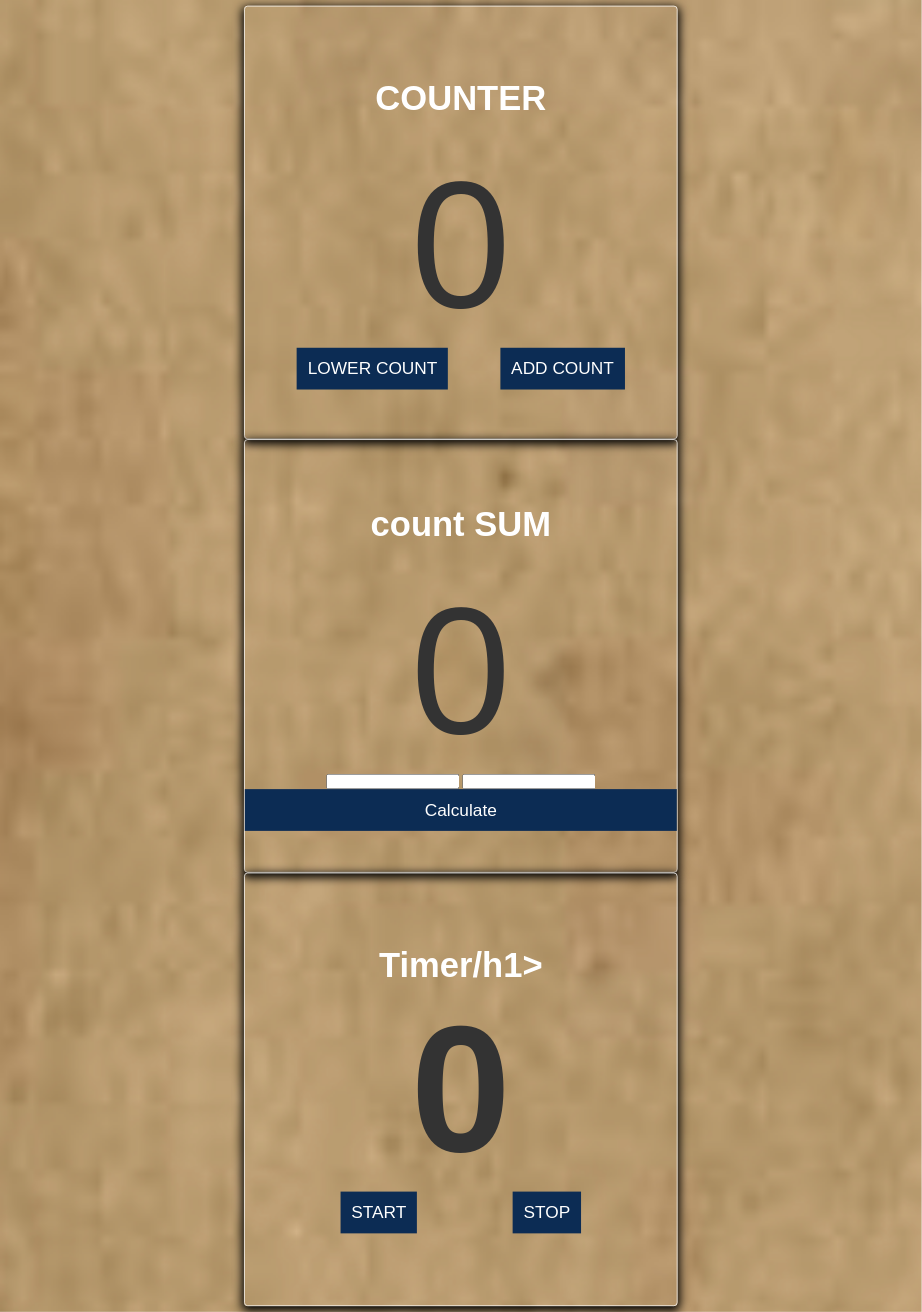
Repository: Hasmik-icml/counter
Page: index.html
The author's editor kept a copy of each file at every save. The page is drawn from the files as they stood at one save, then again after the next save.
The browser window is 1280 px wide. The pictures show the whole page, at 72% of full size.

Above is the page before, as saved 2022-02-14 18:18:02.

### index.html
<!DOCTYPE html>
<html lang="en">
<head>
    <meta charset="UTF-8">
    <meta http-equiv="X-UA-Compatible" content="IE=edge">
    <meta name="viewport" content="width=device-width, initial-scale=1.0">
    <link rel="stylesheet" href="/style.css">
    <title>Document</title>
</head>
<body>
    <!-- increase decrease -->
    <div class="container">
        <h1 class="counterHeader">COUNTER</h1>
        <div class="result">0</div>
        <div class="buttons">
            <button class="buttonLower button">LOWER COUNT</button>
            <button class="buttonAdd button">ADD COUNT</button>
    </div>
    </div>

    <!--calculate sum of two numbers  -->
    <div class="container">
        <h1 class="counterHeader">count SUM</h1>
        <div class="resultSum result">0</div>
        <div class="inputs">
            <input type="text" class="inputNumber1 input">
            <input type="text" class="inputNumber2 input">
        </div>
        <button class="calculateNumber button">Calculate</button>
        <!--  -->
    </div>
    <!-- timer -->
    <div class="container">
        <h1 class="counterHeader">Timer/h1>
        <div class="resultTimer result">0</div>
        <div class="timerButtons buttons">
            <button class="buttonStart button">START</button>
            <button class="buttonStop button">STOP</button>
         </div>
        <!--  -->
    </div>


    <script src="/index.js"></script>
</body>
</html>

### style.css
body{
    display:flex;
    flex-direction:column;
    justify-content:center;
    min-height:100vh;
    background-image: url("/Screenshot_14.png");
    background-repeat: no-repeat;
    background-size: cover;
}
.container {
    width: 600px;
    height: 600px;
    border: 1px solid white;
    border-radius: 5px;
    margin: auto;
    text-align: center;
    box-shadow: 0px 4px 13px 3px;
    display: flex;
    flex-direction: column;
    justify-content: center;
}
.counterHeader{
    color: white;
    font-family: sans-serif;
    font-size: xxx-large;
}
.result{
    color: #333333;
    font-family: sans-serif;
    font-size: 250px;
}
.button{
    background-color: #0c2c54;
    border-style: none;
    color: white;
    padding: 15px;
    font-family: sans-serif;
    font-size: x-large;
}
.buttons{
    display: flex;
    justify-content: space-evenly;
}

### index.js
const result = document.querySelector(".result");
const buttonLower = document.querySelector(".buttonLower");
const buttonAdd = document.querySelector(".buttonAdd");

buttonLower.addEventListener("click", function(){
    result.innerHTML--;
})
buttonAdd.addEventListener("click", function(){
    result.innerHTML++;
})

// function incrisOrDecris(){

// }
// document.querySelectorAll(".button").forEach(item => {
//     item.addEventListener("click", function(e){
//         console.log(e.target);
//         // this.innerHTML++;
//     })
// })


document.querySelector(".calculateNumber").addEventListener("click", function(){
    const number1 = +document.querySelector(".inputNumber1").value;
    const number2 = +document.querySelector(".inputNumber2").value;
    document.querySelector(".resultSum").innerHTML = calculate(number1)(number2);

})

function calculate(num1){
    return function(num2){
        return num1 + num2;
    }
}

After the next save:
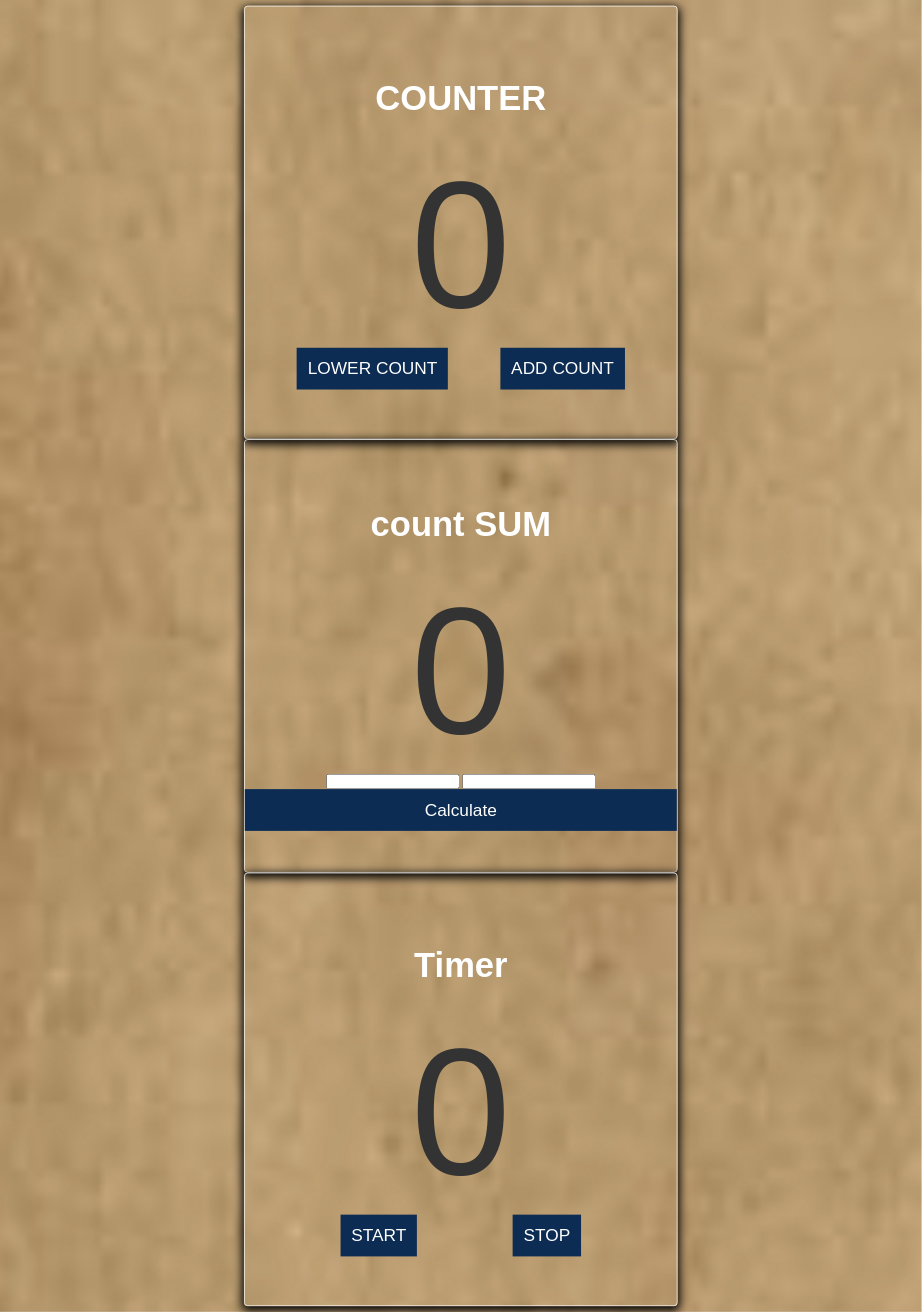
Saved 4 s later.
--- a/index.html
+++ b/index.html
@@ -31,7 +31,7 @@
     </div>
     <!-- timer -->
     <div class="container">
-        <h1 class="counterHeader">Timer/h1>
+        <h1 class="counterHeader">Timer</h1>
         <div class="resultTimer result">0</div>
         <div class="timerButtons buttons">
             <button class="buttonStart button">START</button>
